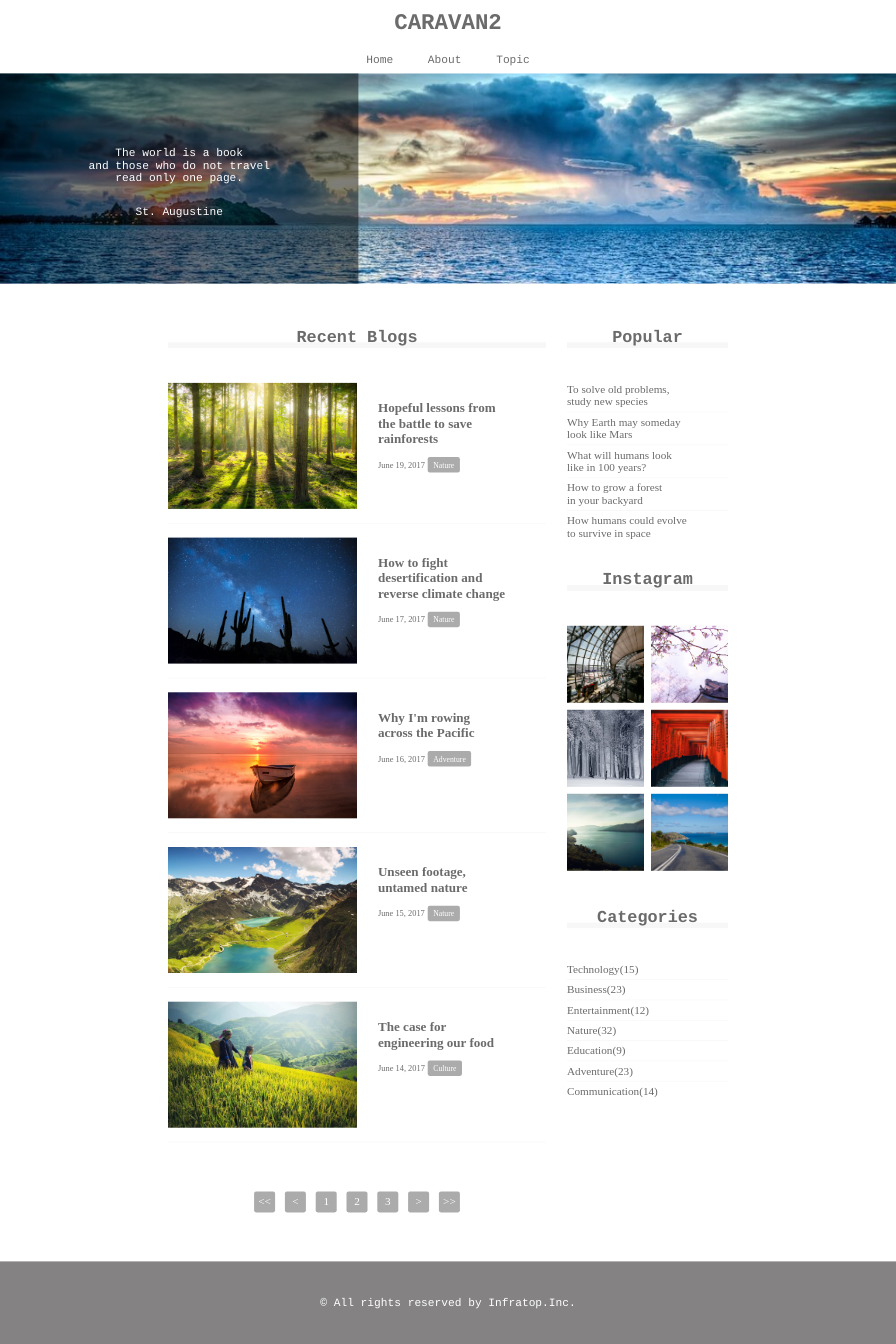
Repository: ego-boosting/html-practice1
Page: caravan/index.html
The author's editor kept a record of every edit. The page is drawn from the files as they stood at one moment, then again after the next edit.
The browser window is 1280 px wide. The pictures show the part of the page from y = 0 to 1920 px (the page is 1922 px tall before and 2892 px after), at 70% of full size.
Some web libraries are served in a nearby version.

Above is the page before.

After the next edit:
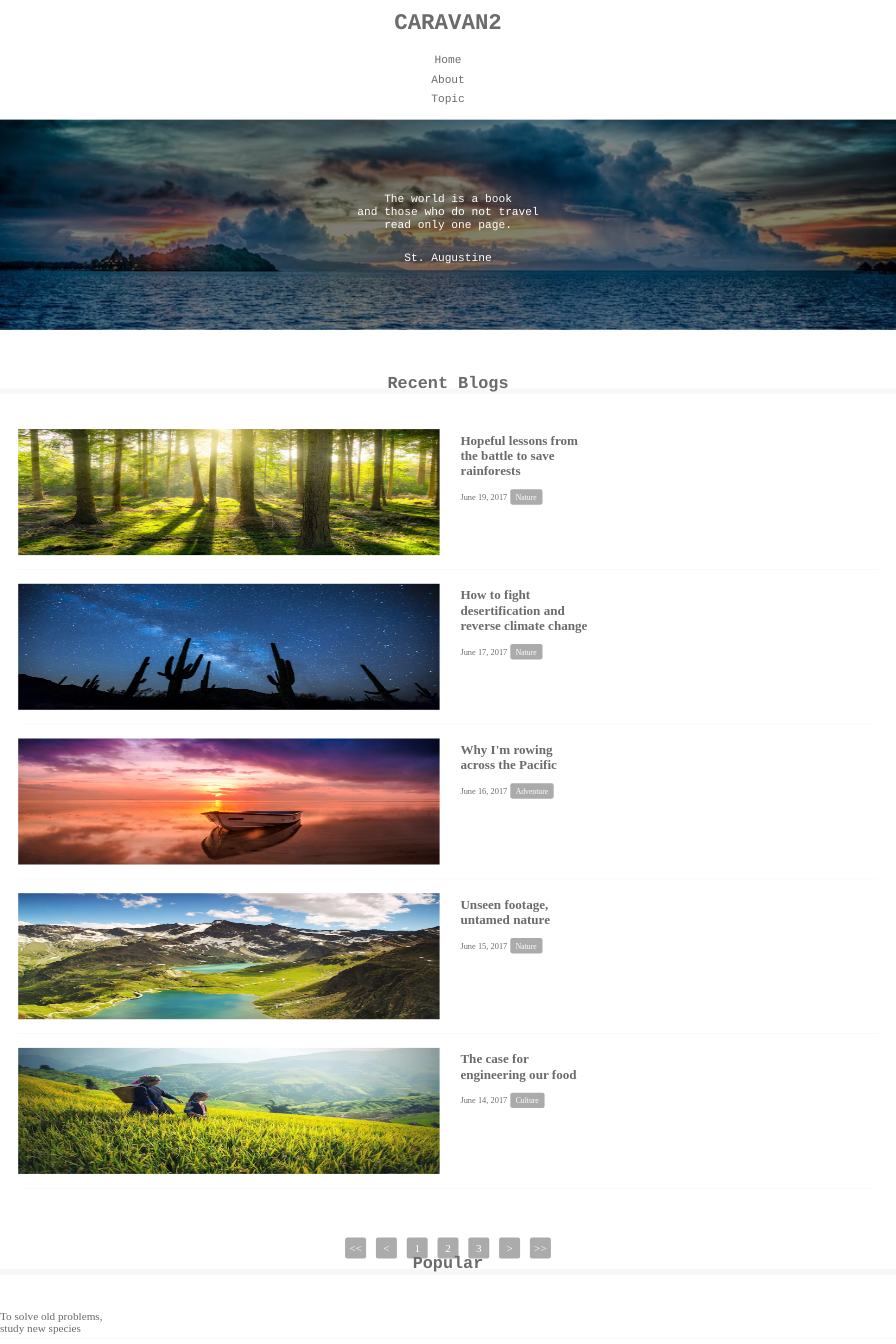
The edit:
--- a/caravan/style.css
+++ b/caravan/style.css
@@ -222,8 +222,47 @@
   }
 }
 
-
-
-.social{
-  display:none;
-}
+.nav-list {
+    width: 100%;
+  }
+
+  .nav-list-item {
+    width: 100%;
+    margin: 0 0 10px 0;
+  }
+
+  .social {
+    display: none;
+  }
+
+  .main-visual-content {
+    width: 100%;
+  }
+
+  main {
+    width: 100%;
+    display: block;
+  }
+
+  .blog {
+    width: 100%;
+    margin: 0;
+  }
+
+  .blog-box {
+    padding-left: 2%;
+    padding-right: 2%;
+  }
+
+  .blog-image {
+    width: 49%;
+  }
+
+  .blog-text {
+    width: 49%;
+    padding-top: 5px;
+  }
+
+  .sidebar {
+    width: 100%;
+  }
